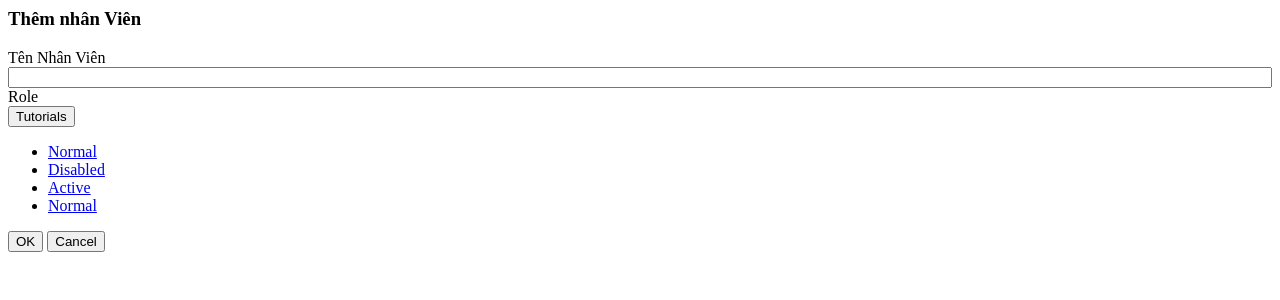
Repository: chickenoken/LuanAn
Page: http://localhost/net/quanLyNhanVienControl
These files come from the project's save history. The page is drawn as it stood at one moment and after the next save; the edit follows.
The browser window is 1280 px wide. The pictures show the whole page.
The page is served by Tomcat 9.

Above is the page before, as saved 2019-06-17 09:39:31.

After the next save:
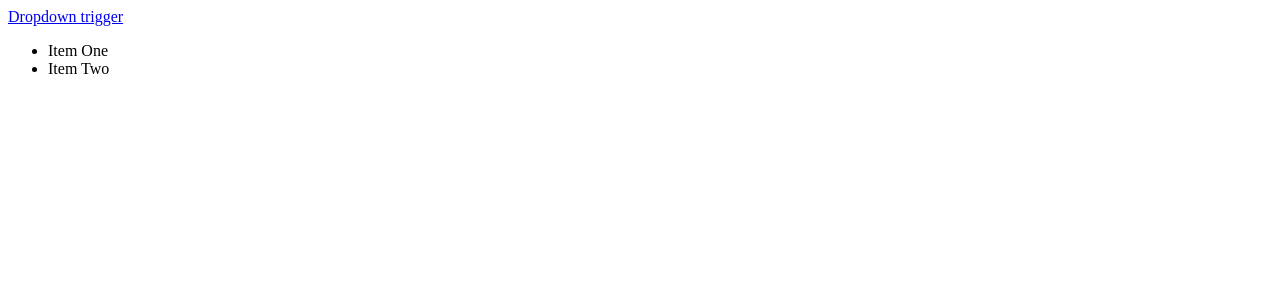
Saved 59 s later.
--- a/net/src/main/webapp/WEB-INF/pages/quanLyNhanVienControl.jsp
+++ b/net/src/main/webapp/WEB-INF/pages/quanLyNhanVienControl.jsp
@@ -1,34 +1,7 @@
-<div class="modal-header">
-  <h3>Thêm nhân Viên</h3>
+<div class="dropdown">
+  <a class="dropdown-toggle btn" data-toggle="dropdown" href="#" >Dropdown trigger</a>
+    <ul class="dropdown-menu" role="menu" aria-labelledby="dLabel">
+      <li>Item One</li>
+      <li>Item Two</li>
+    </ul>
 </div>
-<div class="modal-body">
-  <div class="row">
-    <div class="form-group">
-      <div class="col-md-4"><span>Tên Nhân Viên</span></div>
-      <div class="col-md-8"><input type="text" ng-model="model.form.control.tenNv" style="width : 100%"></div>
-    </div>
-  </div>
-
-  <div class="row">
-    <div class="form-group">
-      <div class="col-md-4"><span>Role</span></div>
-      <div class="col-md-8">
-		  <div class="dropdown">
-		    <button class="btn btn-default dropdown-toggle" type="button" data-toggle="dropdown">Tutorials
-		    <span class="caret"></span></button>
-		    <ul class="dropdown-menu">
-		      <li><a href="#">Normal</a></li>
-		      <li class="disabled"><a href="#">Disabled</a></li>
-		      <li class="active"><a href="#">Active</a></li>
-		      <li><a href="#">Normal</a></li>
-		    </ul>
-  </div>
-      </div>
-    </div>
-  </div>
-
-</div>
-<div class="modal-footer">
-    <button class="btn btn-primary" ng-click="ok()">OK</button>
-    <button class="btn btn-warning" ng-click="cancel()">Cancel</button>
-</div>

After the save that followed:
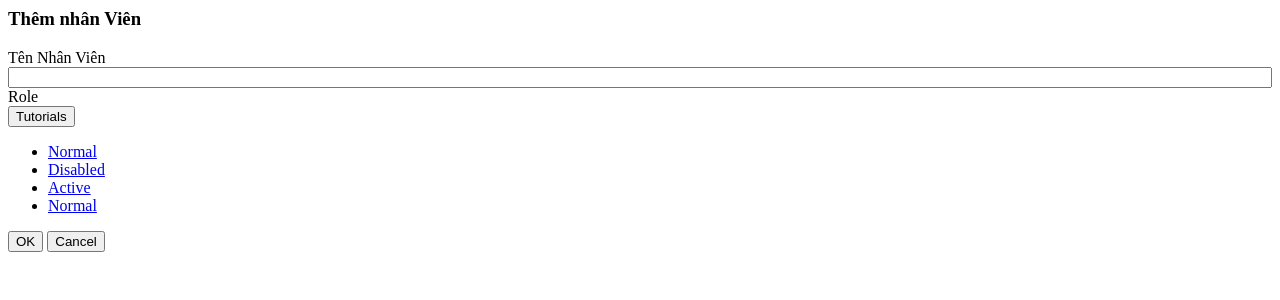
Saved 22 s later.
--- a/net/src/main/webapp/WEB-INF/pages/quanLyNhanVienControl.jsp
+++ b/net/src/main/webapp/WEB-INF/pages/quanLyNhanVienControl.jsp
@@ -1,7 +1,34 @@
-<div class="dropdown">
-  <a class="dropdown-toggle btn" data-toggle="dropdown" href="#" >Dropdown trigger</a>
-    <ul class="dropdown-menu" role="menu" aria-labelledby="dLabel">
-      <li>Item One</li>
-      <li>Item Two</li>
-    </ul>
+<div class="modal-header">
+  <h3>Thêm nhân Viên</h3>
 </div>
+<div class="modal-body">
+  <div class="row">
+    <div class="form-group">
+      <div class="col-md-4"><span>Tên Nhân Viên</span></div>
+      <div class="col-md-8"><input type="text" ng-model="model.form.control.tenNv" style="width : 100%"></div>
+    </div>
+  </div>
+
+  <div class="row">
+    <div class="form-group">
+      <div class="col-md-4"><span>Role</span></div>
+      <div class="col-md-8">
+		  <div class="dropdown">
+		    <button class="btn btn-default dropdown-toggle" type="button" data-toggle="dropdown">Tutorials
+		    <span class="caret"></span></button>
+		    <ul class="dropdown-menu">
+		      <li><a href="#">Normal</a></li>
+		      <li class="disabled"><a href="#">Disabled</a></li>
+		      <li class="active"><a href="#">Active</a></li>
+		      <li><a href="#">Normal</a></li>
+		    </ul>
+  </div>
+      </div>
+    </div>
+  </div>
+
+</div>
+<div class="modal-footer">
+    <button class="btn btn-primary" ng-click="ok()">OK</button>
+    <button class="btn btn-warning" ng-click="cancel()">Cancel</button>
+</div>
